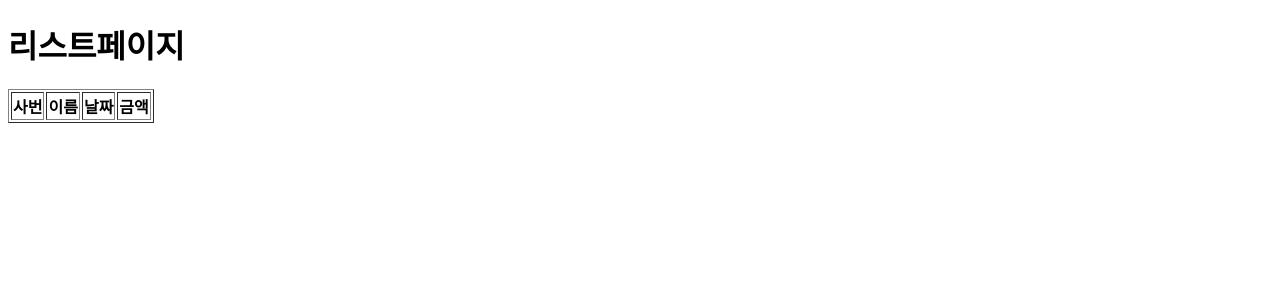
Repository: Deepsky110/LectureNotes
Page: http://localhost/web09/emp/list.jsp?title=emp/add
An editor plug-in stored every save of this project. The page is shown before and after the next save, followed by the edit.
The browser window is 1280 px wide. The pictures show the whole page.
The page is served by Tomcat 9. Queries for data that is not in the repository find no rows.

Above is the page before, as saved 2020-07-08 02:06:23.

After the next save:
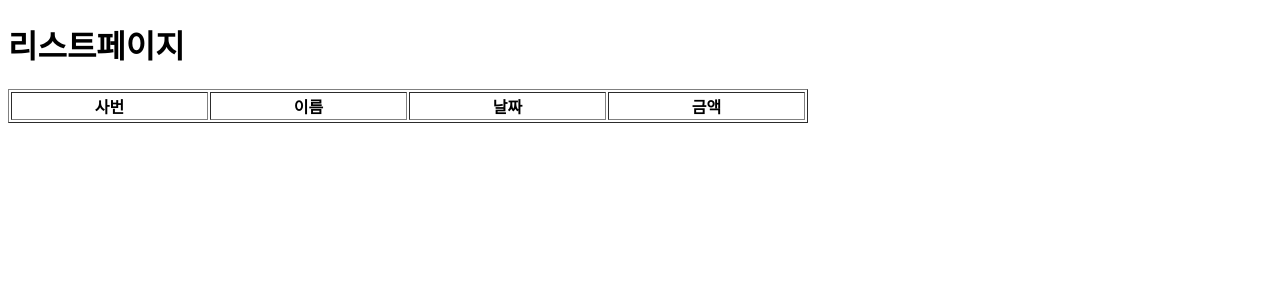
Saved 8 s later.
--- a/web09/WebContent/emp/list.jsp
+++ b/web09/WebContent/emp/list.jsp
@@ -33,7 +33,7 @@ try{
 %>
 <body>
 	<h1>리스트페이지</h1>
-	<table witdh="800" border="1">
+	<table width="800" border="1">
 		<tr>
 			<th>사번</th>
 			<th>이름</th>
